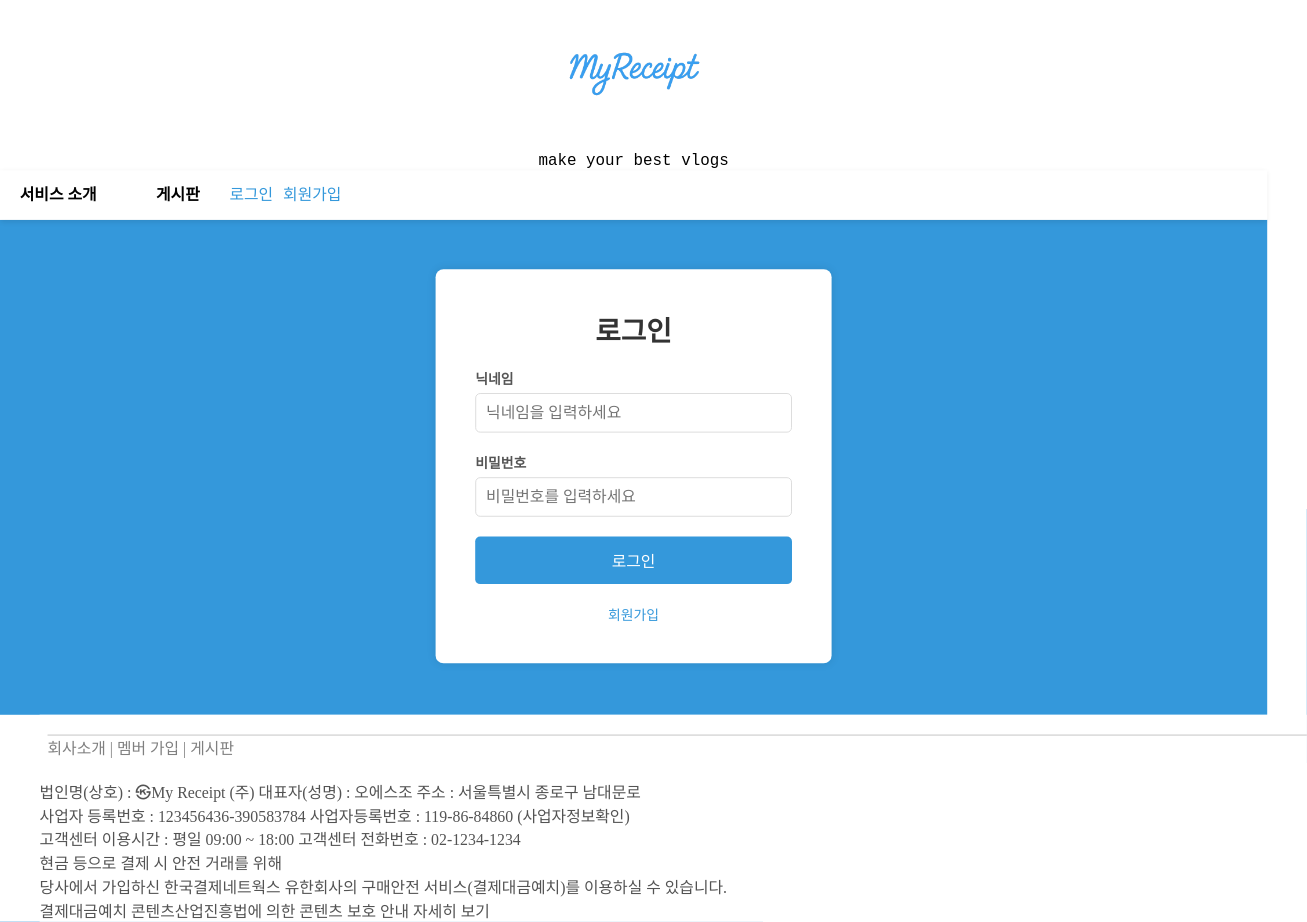
Repository: shong69/mini-project
Page: http://localhost/myReceipt2/login
The author's editor kept a copy of each file at every save. The page is drawn from the files as they stood at one save, then again after the next save.
The browser window is 1280 px wide. The page is 1320 px wide, so the pictures cover 1320 px, including what lies to the right of the window. The pictures show the whole page, at 99% of full size.
Some web fonts or font styles are not loaded; a fallback is used. The page is served by Tomcat 10.

Above is the page before, as saved 2025-05-06 19:48:33.

After the next save:
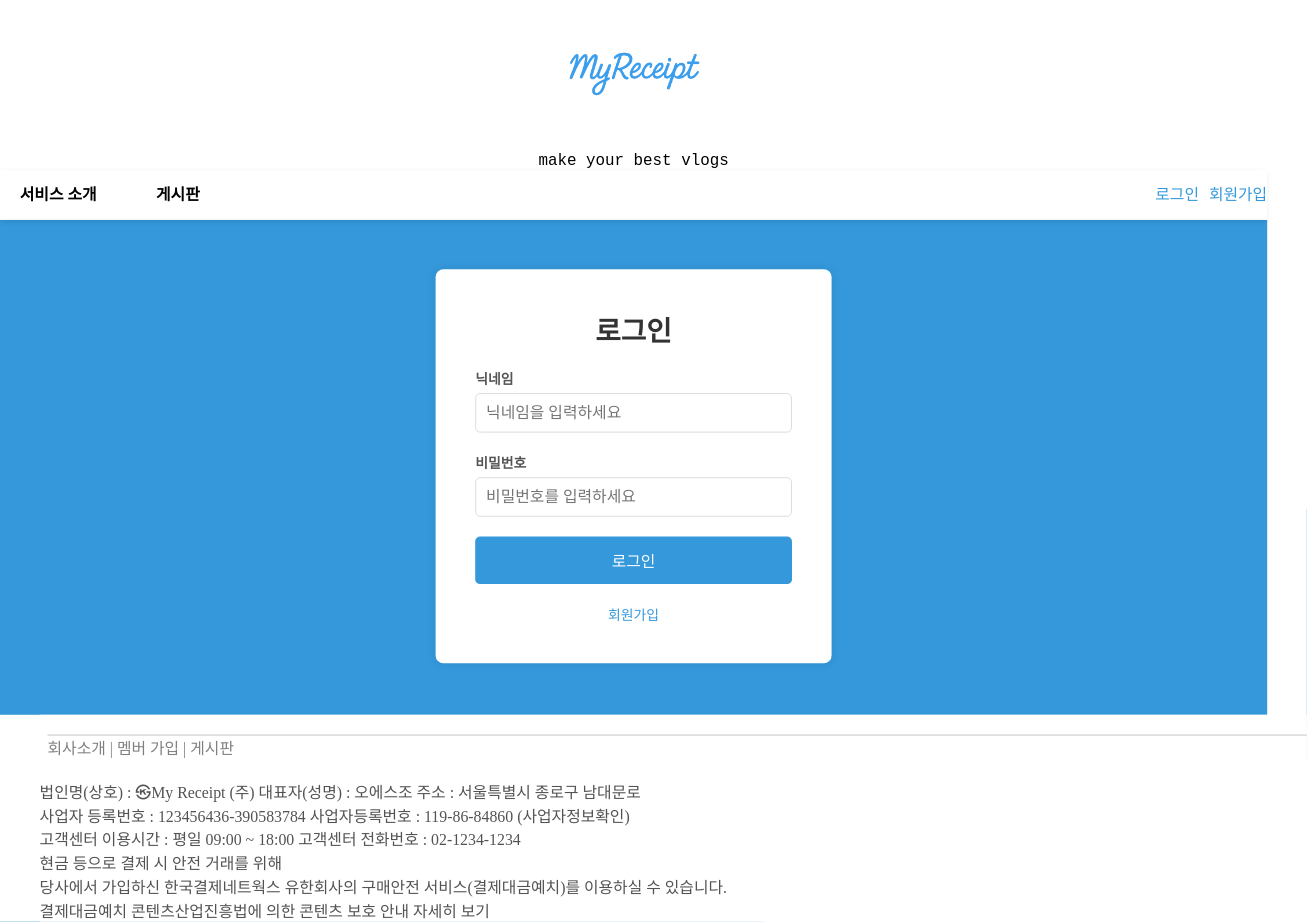
Saved 36 s later.
--- a/jspProject/myReceipt2/src/main/webapp/resources/css/main.css
+++ b/jspProject/myReceipt2/src/main/webapp/resources/css/main.css
@@ -38,7 +38,7 @@
 }
 
 #loginSt {
-	margin-right:auto;
+	margin-left:auto;
 	display:flex;
 	flex-direction:row;
 }
